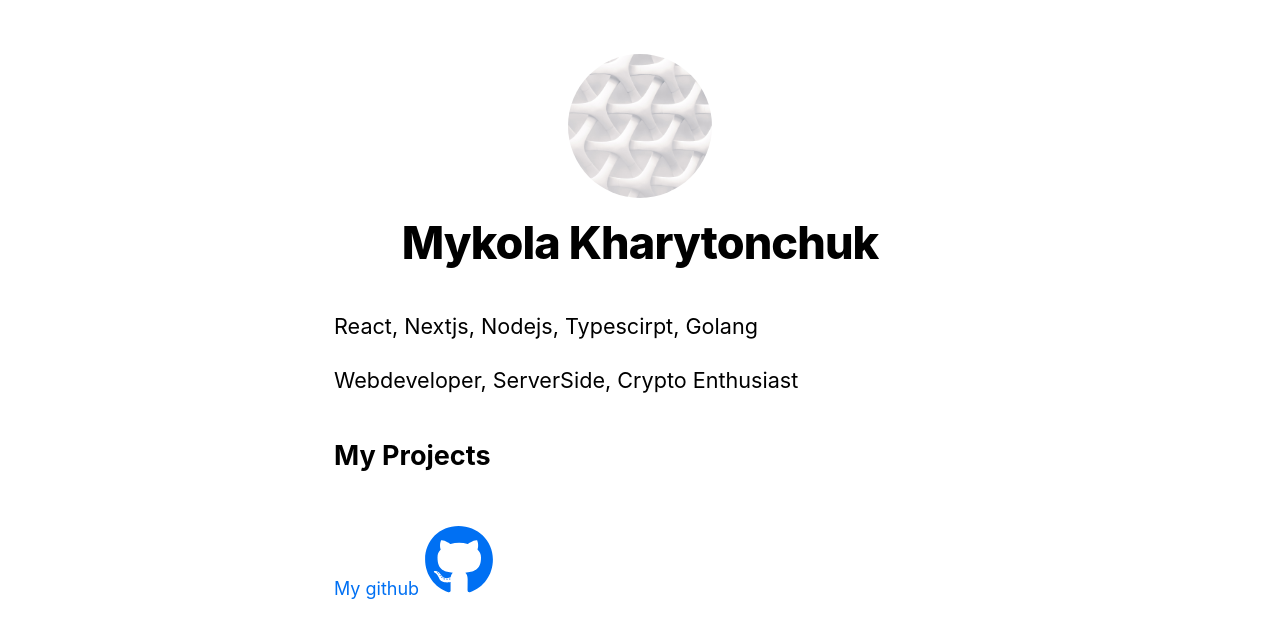
Repository: Mooninghnk/resume
Page: /
An editor plug-in stored every save of this project. The page is shown before and after the next save, followed by the edit.
The browser window is 1280 px wide. The pictures show the whole page.
The project was rebuilt for these pictures with package versions that can differ from the ones it lists, and the page was loaded fresh each time. The framework's server and built-in components were replaced by stand-ins that run in the browser.

Above is the page before, as saved 2021-12-29 20:59:30.

### pages/_app.tsx
import '../styles/global.css'

import { AppProps } from 'next/app'

function App({ Component, pageProps }: AppProps) {
  return <Component {...pageProps} />
}

export default App

### pages/index.tsx
import Head from "next/head";
import Layout from "../components/layout";
import utilStyles from "../styles/utils.module.css";

import { FaGithub } from "react-icons/fa";
import Link from "next/link";
export default function Home({ allPostsData }) {
  return (
    <Layout home>
      <Head>
        <title>{"resume"}</title>
      </Head>
      <section className={utilStyles.headingMd}>
        <p>React, Nextjs, Nodejs, Typescirpt, Golang</p>
        <p>Webdeveloper, ServerSide, Crypto Enthusiast </p>
      </section>
      <section className={`${utilStyles.headingMd} ${utilStyles.padding1px}`}>
        <h2 className={utilStyles.headingLg}>My Projects</h2>
        <ul className={utilStyles.list}>
          <li className={utilStyles.listItem}>
            <br />
            <small style={{display: "inline-flex", alignItems: "center"}} className={utilStyles.lightText}>
              <Link href={"https://github.com/Mooninghnk"}>

                   My github <FaGithub size={70} />{" "}


              </Link>
            </small>
          </li>
        </ul>
      </section>
    </Layout>
  );
}

### components/layout.tsx
import Head from 'next/head'
import Image from 'next/image'
import styles from './layout.module.css'
import utilStyles from '../styles/utils.module.css'
import Link from 'next/link'

const name = '[Your Name]'
export const siteTitle = 'Next.js Sample Website'

export default function Layout({ children, home }) {
  return (
    <div className={styles.container}>
      <Head>
        <link rel="icon" href="/favicon.ico" />
        <meta
          name="description"
          content="Learn how to build a personal website using Next.js"
        />
        <meta
          property="og:image"
          content={`https://og-image.vercel.app/${encodeURI(
            siteTitle
          )}.png?theme=light&md=0&fontSize=75px&images=https%3A%2F%2Fassets.zeit.co%2Fimage%2Fupload%2Ffront%2Fassets%2Fdesign%2Fnextjs-black-logo.svg`}
        />
        <meta name="og:title" content={siteTitle} />
        <meta name="twitter:card" content="summary_large_image" />
      </Head>
      <header className={styles.header}>
        {home ? (
          <>
            <Image
              priority
              src="/images/profile.jpg"
              className={utilStyles.borderCircle}
              height={144}
              width={144}
              alt={name}
            />
            <h1 className={utilStyles.heading2Xl}>{"Mykola Kharytonchuk"}</h1>
          </>
        ) : (
          <>
            <Link href="/">
              <a>
                <Image
                  priority
                  src="/images/profile.jpg"
                  className={utilStyles.borderCircle}
                  height={108}
                  width={108}
                  alt={name}
                />
              </a>
            </Link>
            <h2 className={utilStyles.headingLg}>
              <Link href="/">
                <a className={utilStyles.colorInherit}>{name}</a>
              </Link>
            </h2>
          </>
        )}
      </header>
      <main>{children}</main>
      {!home && (
        <div className={styles.backToHome}>
          <Link href="/">
            <a>← Back to home</a>
          </Link>
        </div>
      )}
    </div>
  )
}

Loaded but not shown: styles/global.css (common file); styles/utils.module.css (common file); components/layout.module.css (common file)

After the next save:
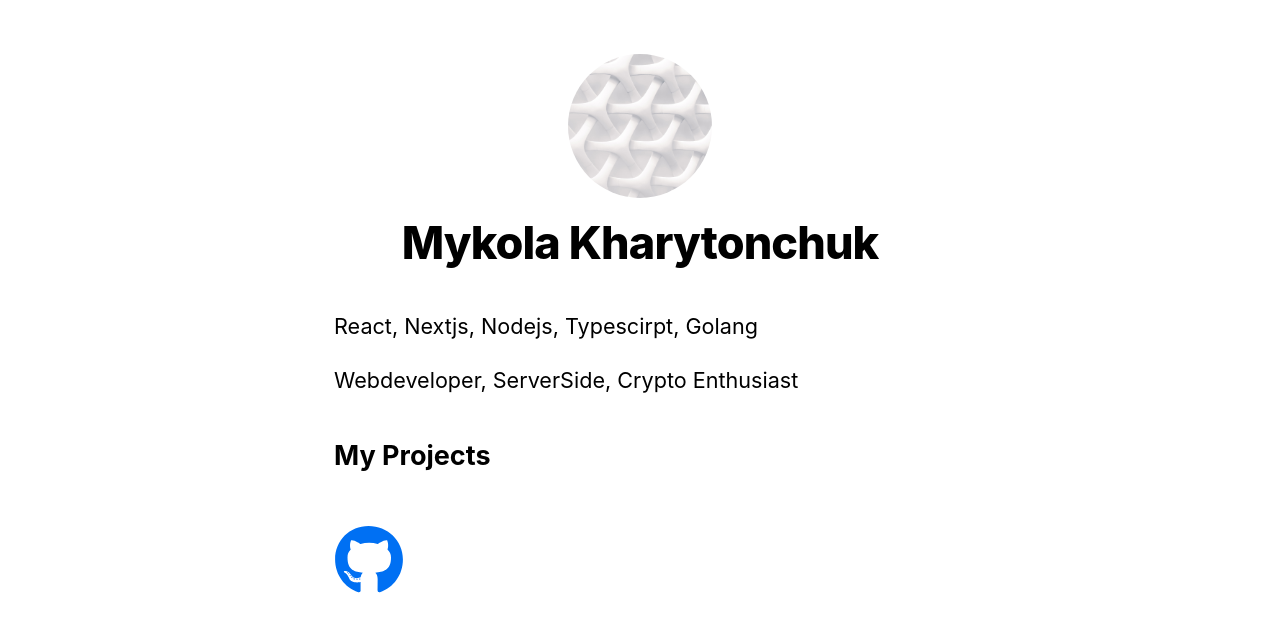
Saved 8 s later.
--- a/pages/index.tsx
+++ b/pages/index.tsx
@@ -22,7 +22,7 @@ export default function Home({ allPostsData }) {
             <small style={{display: "inline-flex", alignItems: "center"}} className={utilStyles.lightText}>
               <Link href={"https://github.com/Mooninghnk"}>
 
-                   My github <FaGithub size={70} />{" "}
+                 <FaGithub size={70} />{" "}
 
 
               </Link>
